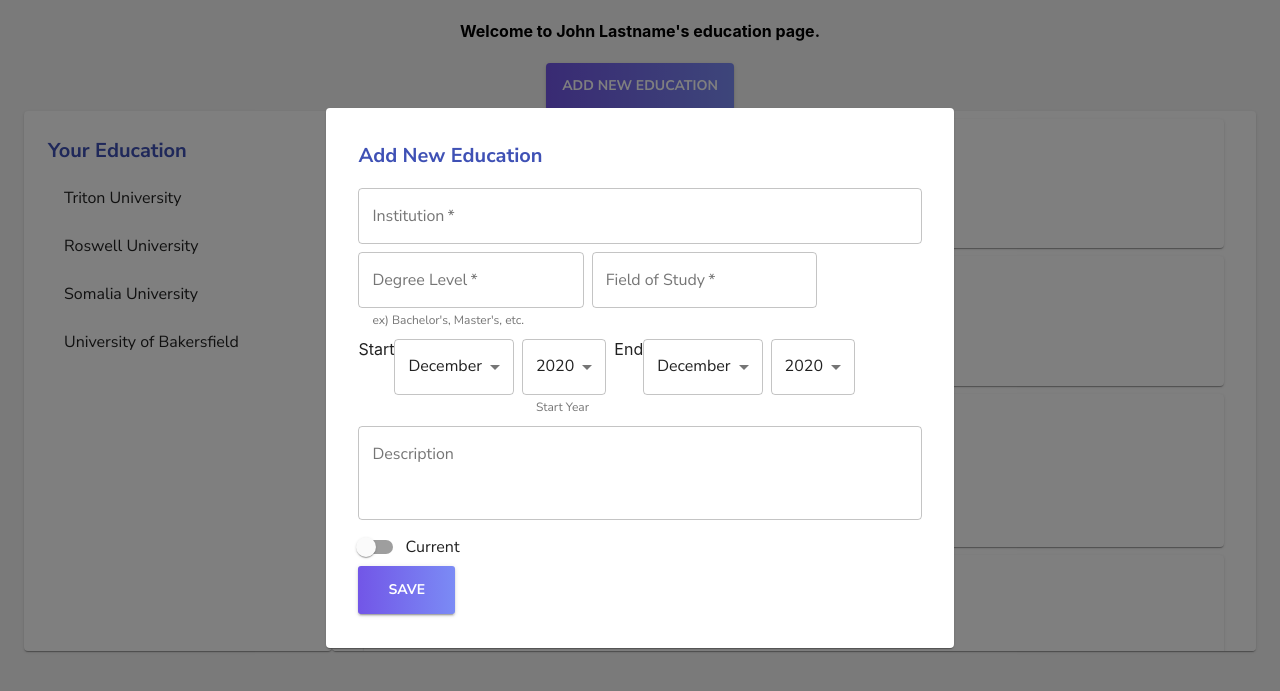
Repository: noellered/Showwcase-React-Challenge
Page: / (app in showwcase-education-react/), after clicking the first element matching `button.MuiButtonBase-root`
An editor plug-in stored every save of this project. The page is shown before and after the next save, followed by the edit.
The browser window is 1280 px wide. The pictures show the whole page.
The page's requests for data from a server got no answer. An inner scrolling area shows only its first screen. The project was rebuilt for these pictures with package versions that can differ from the ones it lists, and the page was loaded fresh each time. No one was signed in, and anything a server would have sent is missing. Also part of the build but not shown: showwcase-education-react/src/components/Home.tsx.

Above is the page before, as saved 2020-12-17 18:04:30.

After the next save:
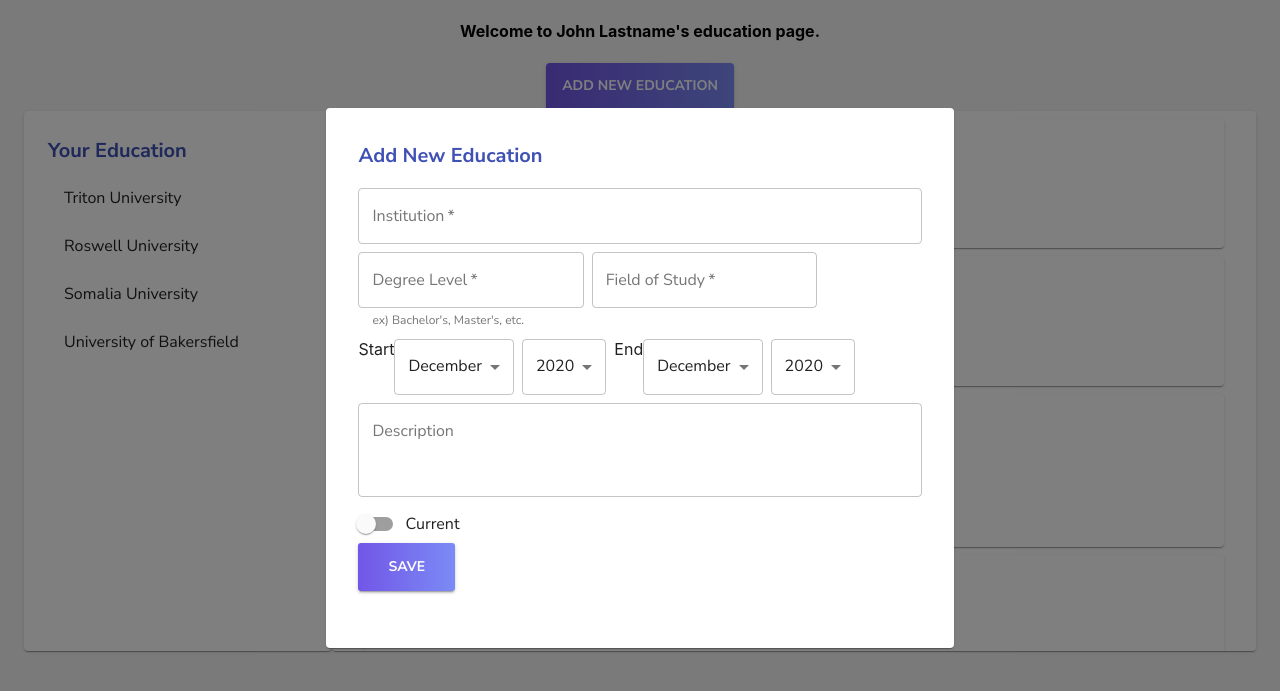
Saved 4 s later.
--- a/showwcase-education-react/src/components/education/EducationModalContent.tsx
+++ b/showwcase-education-react/src/components/education/EducationModalContent.tsx
@@ -177,7 +177,7 @@ const EducationModalContent:FunctionComponent<{handleUpdate: any}>= ({ handleUpd
                 <div className={classes.inputGroup}>
                   <label>Start</label>
                     <MonthPicker className={`${classes.input} ${classes.mr}`} id="startMonth" onChange={(e)=> setStart({...start, month: e.target.value})}/>
-                    <YearPicker className={`${classes.input} ${classes.mr}`} label="Start Year" id="startYear" onChange={(e)=> setStart({...start, year: e.target.value})}/>
+                    <YearPicker className={`${classes.input} ${classes.mr}`} id="startYear" onChange={(e)=> setStart({...start, year: e.target.value})}/>
 
                   <label>End</label>
                     <MonthPicker className={`${classes.input} ${classes.mr}`} id="endMonth" onChange={(e)=> setEnd({...end, month: e.target.value})}/>
